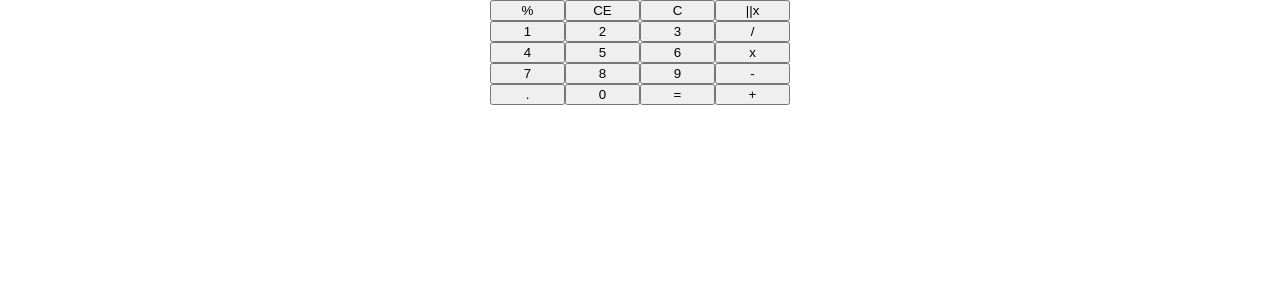
Repository: hoangphuong965/calculator_react
Page: /
These files come from the project's save history. The page is drawn as it stood at one moment and after the next save; the edit follows.
The browser window is 1280 px wide. The pictures show the whole page.
The project was rebuilt for these pictures with package versions that can differ from the ones it lists, and the page was loaded fresh each time.

Above is the page before, as saved 2020-08-04 08:27:16.

### src/App.js
import React from "react";
import "./App.css";
import Key from "./component/Key";
import Output from "./component/Output";

function App() {
  return <div className="App">
    <Key />
  </div>;
}

export default App;

### src/App.css
.App {
  text-align: center;
  width: 300px;
  margin: auto;
}

.App-logo {
  height: 40vmin;
  pointer-events: none;
}

@media (prefers-reduced-motion: no-preference) {
  .App-logo {
    animation: App-logo-spin infinite 20s linear;
  }
}

.App-header {
  background-color: #282c34;
  min-height: 100vh;
  display: flex;
  flex-direction: column;
  align-items: center;
  justify-content: center;
  font-size: calc(10px + 2vmin);
  color: white;
}

.App-link {
  color: #61dafb;
}

@keyframes App-logo-spin {
  from {
    transform: rotate(0deg);
  }
  to {
    transform: rotate(360deg);
  }
}

.key-number,
.key-controls {
  display: grid;
  grid-template-columns: 2fr 2fr 2fr 2fr;

}

.output{
  width: 100%;
  height: 20px;
  background-color: #61dafb;
}

### src/component/Key.js
import React from "react";

function Key() {
  return (
    <div className="key">
      <div className="key-controls">
        <button className="data-ctr">%</button>
        <button className="data-ctr">CE</button>
        <button className="data-ctr">C</button>
        <button className="data-ctr">||x</button>
      </div>
      <div className="key-number">
        <button className="data-key">1</button>
        <button className="data-key">2</button>
        <button className="data-key">3</button>
        <button className="data-key">/</button>
        <button className="data-key">4</button>
        <button className="data-key">5</button>
        <button className="data-key">6</button>
        <button className="data-key">x</button>
        <button className="data-key">7</button>
        <button className="data-key">8</button>
        <button className="data-key">9</button>
        <button className="data-key">-</button>
        <button className="data-key">.</button>
        <button className="data-key">0</button>
        <button className="data-key">=</button>
        <button className="data-key">+</button>
      </div>
    </div>
  );
}

export default Key;

### src/component/Output.js
import React from 'react'

function Output() {
     return (
          <div className="output">

          </div>
     )
}

export default Output

Loaded but not shown: public/index.html (common file); src/index.js (common file); src/index.css (common file); src/serviceWorker.js (common file)

After the next save:
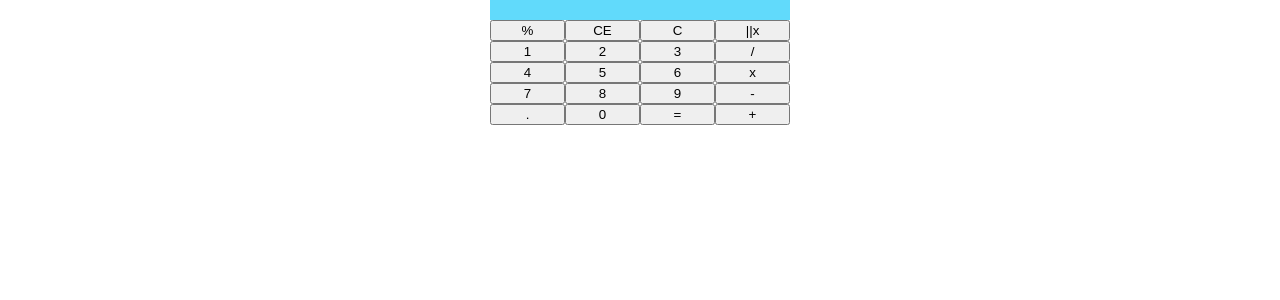
Saved 7 s later.
--- a/src/App.js
+++ b/src/App.js
@@ -5,6 +5,7 @@ import Output from "./component/Output";
 
 function App() {
   return <div className="App">
+    <Output />
     <Key />
   </div>;
 }
